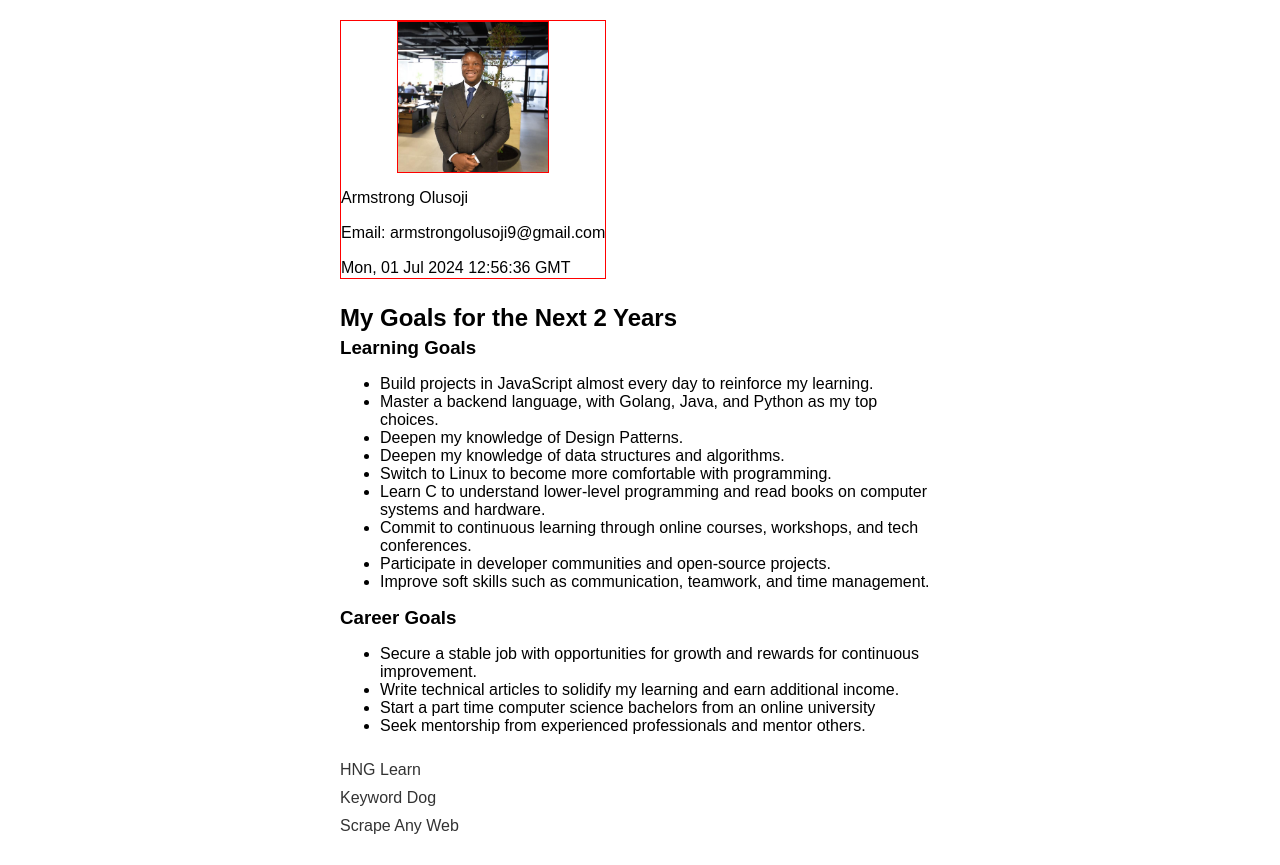
Repository: Armstrong2035/hng-project-one
Page: index.html
An editor plug-in stored every save of this project. The page is shown before and after the next save, followed by the edit.
The browser window is 1280 px wide. The pictures show the whole page.

Above is the page before, as saved 2024-07-01 16:23:15.

After the next save:
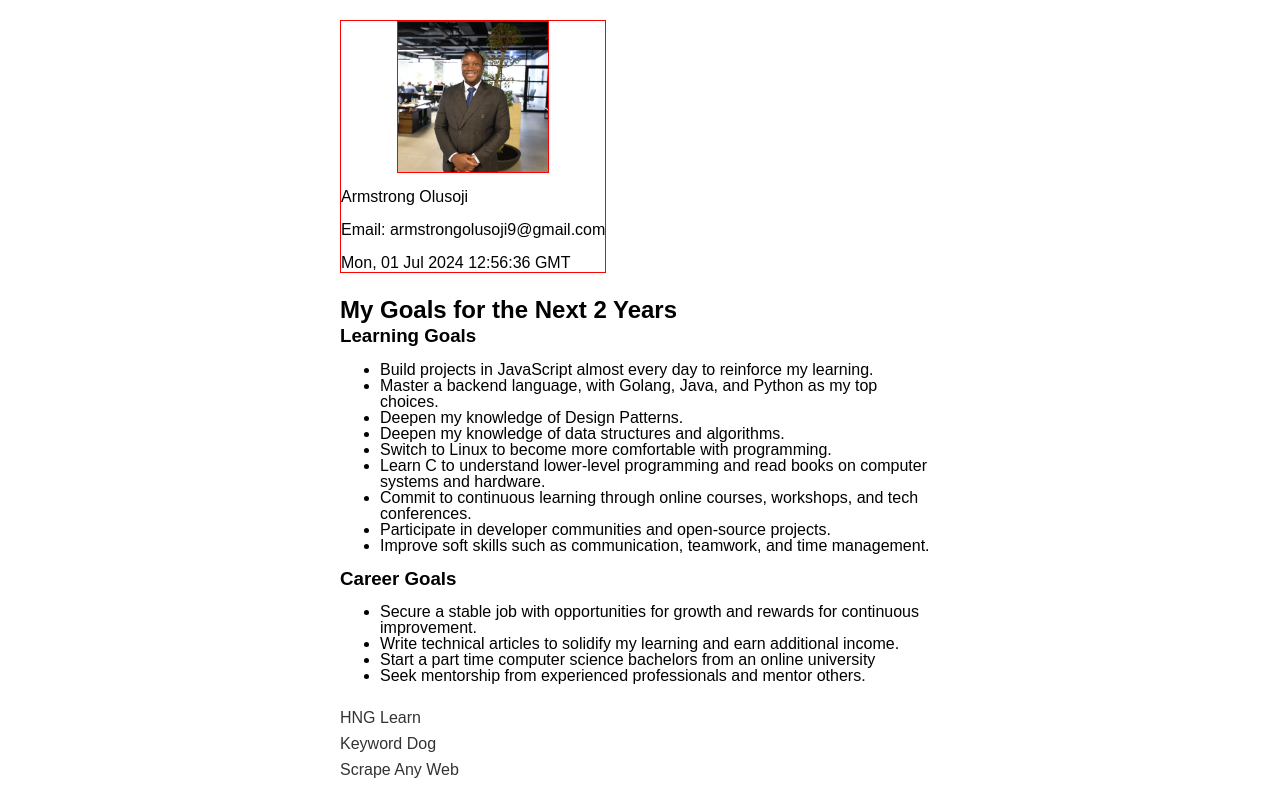
Saved 9 s later.
--- a/style.css
+++ b/style.css
@@ -1,6 +1,6 @@
 body {
   font-family: Arial, sans-serif;
-
+  line-height: 1;
   margin: 0;
   padding: 0;
 }
